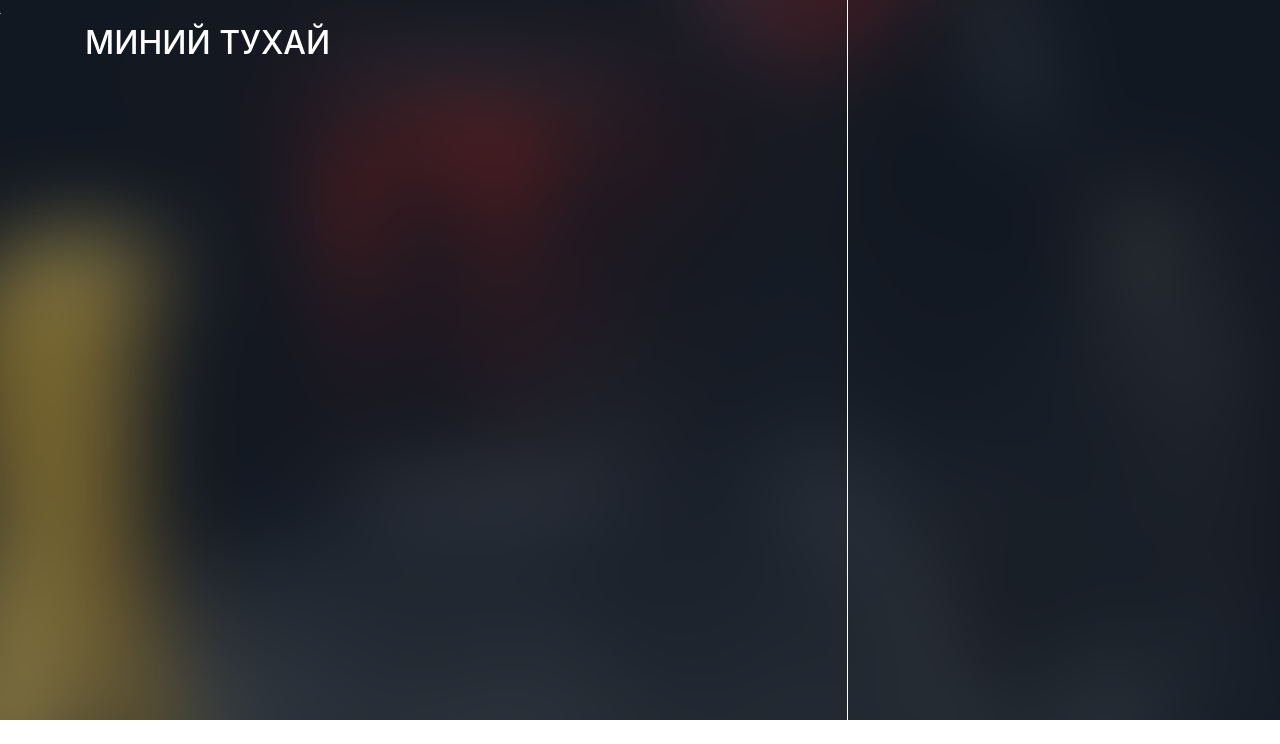
Repository: Yondo202/svProject
Page: /
An editor plug-in stored every save of this project. The page is shown before and after the next save, followed by the edit.
The browser window is 1280 px wide. The pictures show the whole page.
The project was rebuilt for these pictures with package versions that can differ from the ones it lists, and the page was loaded fresh each time. The framework's server and built-in components were replaced by stand-ins that run in the browser. Also part of the build but not shown: next.config.js, style/style.scss.

Above is the page before, as saved 2020-11-18 21:27:30.

### pages/_app.js
import React from "react";
import App from "next/app";
import '../style/style.scss'
import { AnimatePresence } from "framer-motion";
import { MenuProvider } from "@/miscs/ContextMenuProvider";
import { ThemeProvider } from "styled-components";
import * as theme from "@/miscs/theme";
import checkLanguage from "@/components/miscs/checkLanguage";

const base = "http://localhost:1337";

class MyApp extends App {
    state = {
        menu: [],
        completelyLoaded: false,
    };
    // async componentDidMount() {
    //     let res = await checkLanguage(queryString, null);
    //     this.setState({ completelyLoaded: true, menu: res.data.menu.Main});
    // }

    render() {
        const { Component, pageProps, router } = this.props;

        return (
            <ThemeProvider theme={theme}>
                <MenuProvider value={this.state}>
                    <AnimatePresence exitBeforeEnter>
                        <Component {...pageProps} key={router.route} />
                    </AnimatePresence>
                </MenuProvider>
            </ThemeProvider>
        );
    }
}

export default MyApp;

const queryString = ``

// const queryString = `
// {
// menu {
//     Main {
//     Title Slug Page {
//         Slug
//         }
//         }
//     }
// }`;

### pages/_document.js
import css from '../style/style.scss'
import Document, { Html, Head, Main, NextScript } from 'next/document'
import Pixel from "@/components/miscs/Pixel";

class MyDocument extends Document {
    render(){
        return(
            <Html lang="mn">
                <Head>
                    <link rel="stylesheet" href="https://stackpath.bootstrapcdn.com/bootstrap/4.3.1/css/bootstrap.min.css" integrity="sha384-ggOyR0iXCbMQv3Xipma34MD+dH/1fQ784/j6cY/iJTQUOhcWr7x9JvoRxT2MZw1T" crossOrigin="anonymous"/>
                    <link rel="shortcut icon" href="/img/ico.png" />
                    <link href="https://fonts.googleapis.com/css2?family=Roboto:wght@300;400;700&display=swap" rel="stylesheet"/>
                    <link href="https://fonts.googleapis.com/css2?family=Poppins:wght@300;400;500&display=swap" rel="stylesheet"></link>
                    <Pixel/>
                </Head>
                <body>
                    <Main/>
                    <NextScript/>
                </body>
            </Html>
        )
    }
}

export default MyDocument

### pages/index.js
import React from "react";
import { motion } from "framer-motion";
import Background from '../components/Top'
import Forms from '../components/Forms'

function index() {
    return (
        <div>
            <Background />
            <Forms />
        </div>
    )
}

export default index




























// import Root from "@/core/Root";
// import ResolveComponent from "@/components/dynamic/ResolveComponent"
// import checkLanguage from "@/components/miscs/checkLanguage";
// import { MenuContext } from '@/miscs/ContextMenuProvider'
// import { useContext } from "react";

// const Index = ({ data }) => {

//     let { Layout } = data
//     const { completelyLoaded } = useContext(MenuContext);

//     return (
//         <motion.div exit={{ opacity: 0 }} initial={{ opacity: 0 }} animate={{ opacity: 1 }} >
//             <Root noFooter>
//                 {completelyLoaded &&
//                     <ResolveComponent data={Layout} />
//                 }
//             </Root>
//         </motion.div>
//     );

// };
// export default Index;

// export async function getServerSideProps({ params, req }) {
//     let res = await checkLanguage('/home', req, true);
//     return { props: { data: res.data } }
// }

### components/miscs/ContextMenuProvider.js
import React from 'react';

const MenuContext = React.createContext();

const MenuProvider = MenuContext.Provider
const MenuConsumer = MenuContext.Consumer

export {MenuProvider, MenuConsumer, MenuContext}

### components/miscs/theme.js
export const colorOne = "#532532";
export const colorTwo = "#123123";
export const fontSize = "16px";
export const fontFamily1 = "Poppins', sans-serif"

### components/miscs/checkLanguage.js
import fetch from "node-fetch";
import parseCookies from '@/miscs/parseCookies';

const checkLanguage = async (queryString, req, normal) =>{

    const cookies = parseCookies(req);
    const httpObject = { method: 'post', headers: { 'Content-Type': 'application/json'}, body: JSON.stringify({ query: `query ${queryString}`})}

    if(normal){
        return new Promise(async(resolve, reject) => {
            if(cookies['tb-lang'] === "en"){
                const res = await fetch(`http://localhost:1337${queryString}`);
                const pageData = await res.json();
                return resolve({data: pageData});
            }
            else{
                const res = await fetch(`http://localhost:1337${queryString}`);
                const pageData = await res.json();
                return resolve({data: pageData});
            }
        })
    }

    return new Promise(async(resolve, reject)=>{
      if(cookies['tb-lang'] === "en"){
          const res = await fetch('http://localhost:1337/graphql', httpObject)
          const pageData = await res.json()
          return resolve({data: pageData.data});
      }
      else{
          const res = await fetch('http://localhost:1337/graphql', httpObject)
          const pageData = await res.json()
          return resolve({data: pageData.data});
      }
    })

}

export default checkLanguage

### components/miscs/Pixel.js
import React from "react";

export default () => (
    <React.Fragment>
        <script
            dangerouslySetInnerHTML={{
                __html: `!function(f,b,e,v,n,t,s){if(f.fbq)return;n=f.fbq=function(){n.callMethod?n.callMethod.apply(n,arguments):n.queue.push(arguments)};if(!f._fbq)f._fbq=n;n.push=n;n.loaded=!0;n.version='2.0';n.queue=[];t=b.createElement(e);t.async=!0;t.src=v;s=b.getElementsByTagName(e)[0];s.parentNode.insertBefore(t,s)}(window,document,'script','https://connect.facebook.net/en_US/fbevents.js');fbq('init', '626874991348714'); fbq('track', 'PageView');`,
            }}
        />
        <noscript
            dangerouslySetInnerHTML={{
                __html: `<img height="1" width="1" src="https://www.facebook.com/tr?id=626874991348714&ev=PageView&noscript=1"/>`,
            }}
        />
    </React.Fragment>
);

### components/Top.js
// import React from 'react';

// const Test = ({data}) => {
//     return (
//         <div>
//             {data.Title && <h1>{data.Title}hahhaha</h1>}
//         </div>
//     );
// };

// export default Test;

import React from 'react'
import styled from 'styled-components'
function top({data}) {
    return (
        // <Conainer style={{backgroundImage: `url("https://jevelin.shufflehound.com/business/wp-content/uploads/sites/39/2019/11/Rectangle-1-copy-7.jpg?id=10")`}}>
        <Conainer style={{backgroundImage:"url('/img/Blur.png')"}}>
            {/* <img src="/img/Blur.png"/> */}
        </Conainer>
    )
}

export default top


const Conainer = styled.div`
    color:white;
    background-size: cover;
    background-position:center center;
    min-height: 80vh;
    max-height: 100vh;
    height: 100vh;
    width: 100%;
    position: fixed;
    top:0;
    z-index: -2;
`

### components/Forms.js
import React from 'react'
import styled from 'styled-components'
import Modal from 'react-modal';


const customStyles = {
    content : {
      top                   : '50%',
      left                  : '50%',
      right                 : 'auto',
      bottom                : 'auto',
      marginRight           : '-50%',
      transform             : 'translate(-50%, -50%)'
    }
  };

function Forms() {

    var subtitle;
    const [modalIsOpen,setIsOpen] = React.useState(false);
    function openModal() {
      setIsOpen(true);
    }
    function afterOpenModal() {
        // references are now sync'd and can be accessed.
        subtitle.style.color = '#0E3232';
      }

    function closeModal(){
    setIsOpen(false);
    }

    return (
        <Conainer  className="container">

          <div className="Header">
              <h2>МИНИЙ ТУХАЙ</h2>
          </div>

        {/* <div>
            <button onClick={openModal}>Open Modal</button>
                <Modal
                    isOpen={modalIsOpen}
                    onAfterOpen={afterOpenModal}
                    onRequestClose={closeModal}
                    style={customStyles}
                    contentLabel="Example Modal"
                >
                    <h2 ref={_subtitle => (subtitle = _subtitle)}>Hello</h2>
                    <button onClick={closeModal}>close</button>
                    <div>I am a modal</div>
                    <div>I am a modal</div>
                    <div>I am a modal</div>
                    <div>I am a modal</div>
                    <div>I am a modal</div>
                    <div>I am a modal</div>
                    <form>
                    <input />
                    <button>tab navigation</button>
                    <button>stays</button>
                    <button>inside</button>
                    <button>the modal</button>
                    </form>
                </Modal>
        </div> */}
        </Conainer>
    )
}

export default Forms


const Conainer = styled.div`
    color: white;
    height:100vh;
    // margin-top:5vh;
    border-radius:8px;
    z-index:0;
    font-family: ${({ theme }) => theme.fontFamily1};

`

### components/miscs/parseCookies.js
import cookie from 'cookie'

export default function parseCookies(req) {
    return cookie.parse(req ? req.headers.cookie || "" : document.cookie);
}

After the next save:
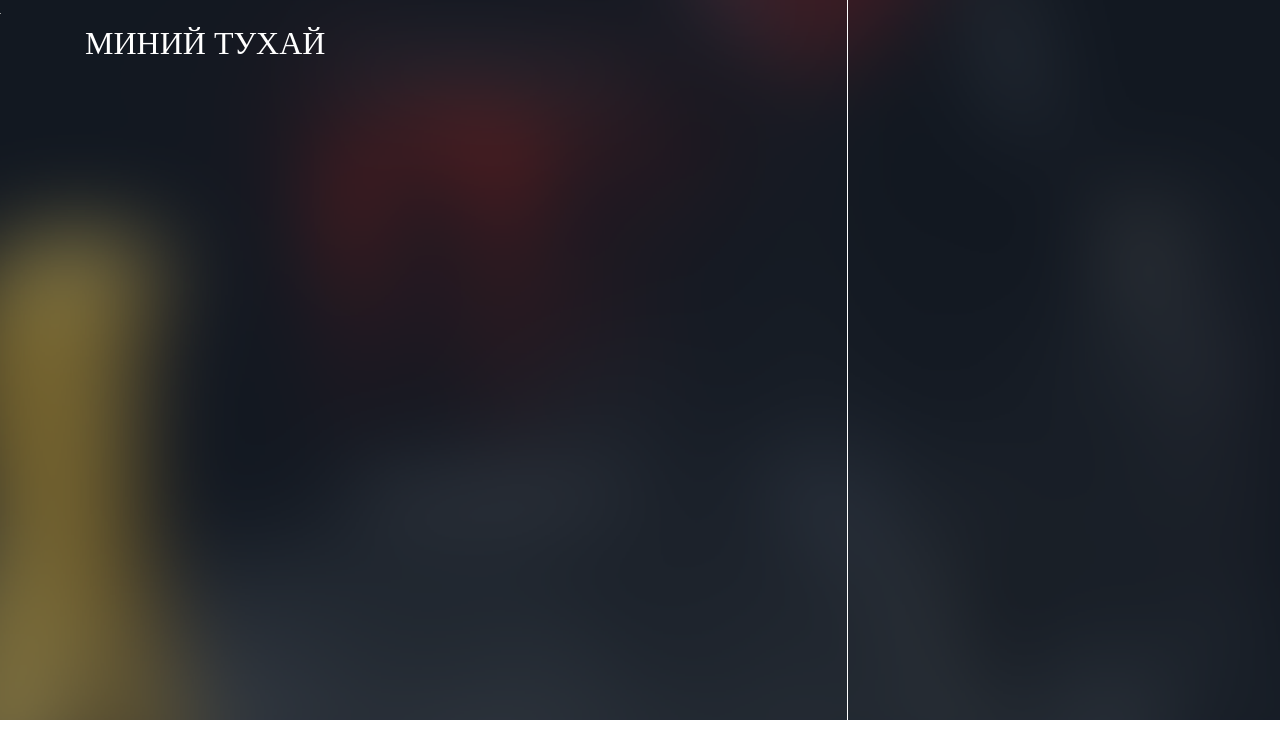
Saved 50 s later.
--- a/components/Forms.js
+++ b/components/Forms.js
@@ -76,6 +76,6 @@ const Conainer = styled.div`
     // margin-top:5vh;
     border-radius:8px;
     z-index:0;
-    font-family: ${({ theme }) => theme.fontFamily1};
+    font-family: "Poppins', sans-serif";
 
 `
